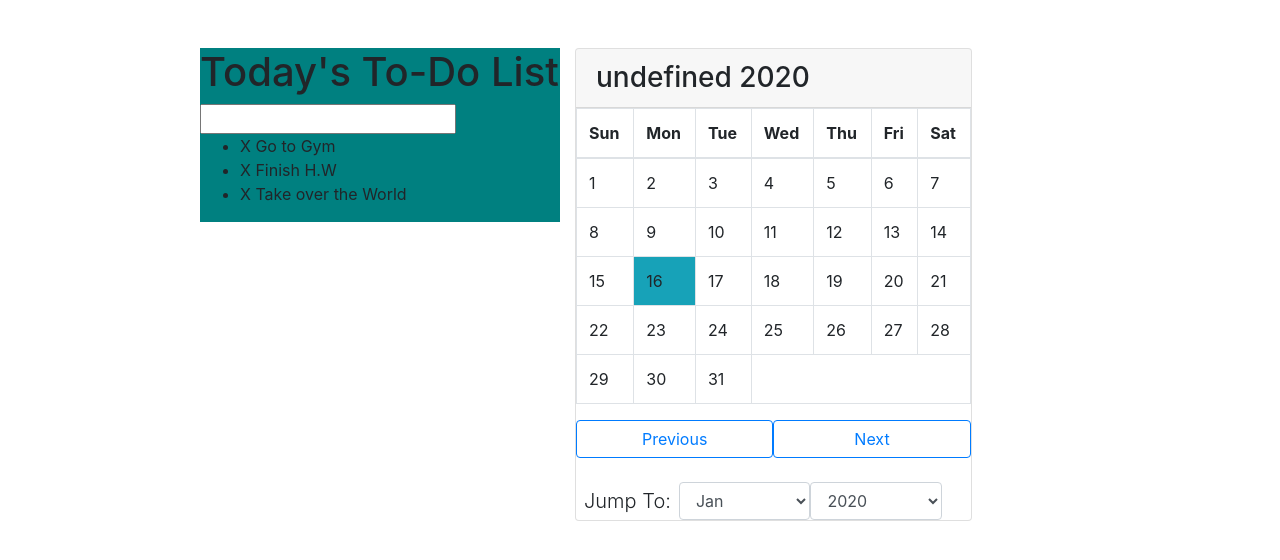
Repository: kkyler24/DayPlanner
Page: Index.html
These files come from the project's save history. The page is drawn as it stood at one moment and after the next save; the edit follows.
The browser window is 1280 px wide. The pictures show the whole page.
Some web libraries are served in a nearby version.

Above is the page before, as saved 2020-03-25 16:43:09.

After the next save:
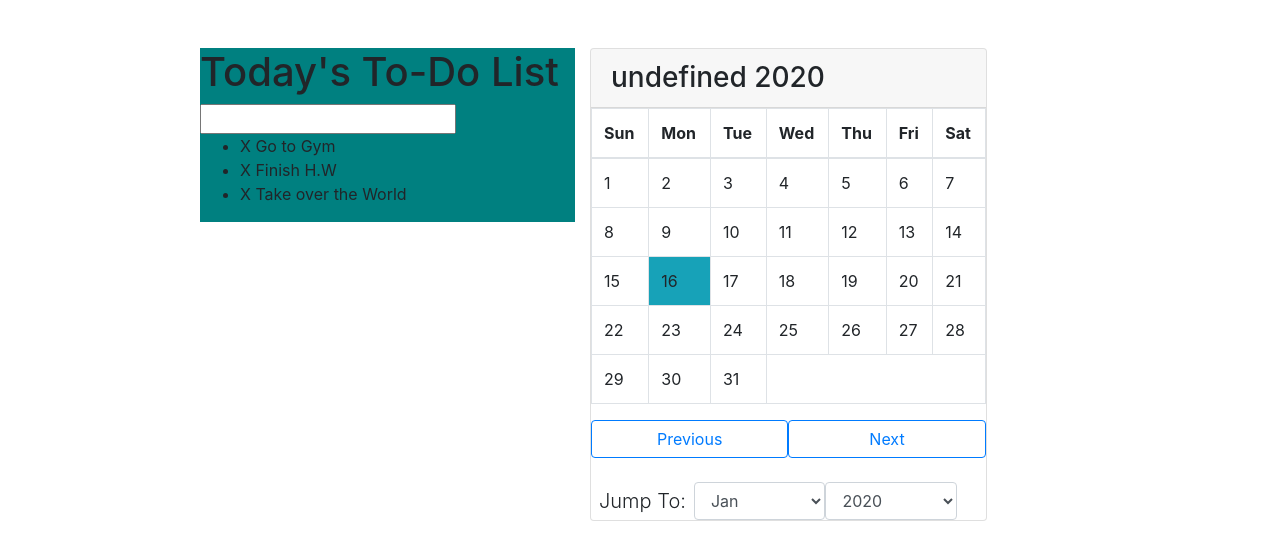
Saved 28 s later.
--- a/Assets/todocss/todostyles.css
+++ b/Assets/todocss/todostyles.css
@@ -1,6 +1,6 @@
 #ContainerTodo{
   background: teal;
-  width: 360px;
+  width: 375px;
   margin-top:3rem;
   margin-left:200px ;
   float: left;
